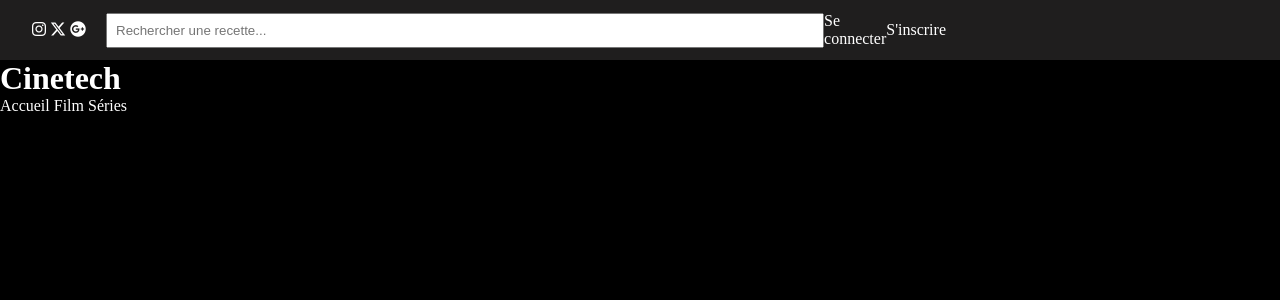
Repository: karim-sebih/cinetech
Page: index.html
These files come from the project's save history. The page is drawn as it stood at one moment and after a run of saves; the edit follows.
The browser window is 1280 px wide. The pictures show the whole page.
Some web libraries are served in a nearby version.

Above is the page before, as saved 2025-04-21 12:58:21.

### index.html
<!DOCTYPE html>
<html lang="fr">
<head>
    <meta charset="UTF-8">
    <meta name="viewport" content="width=device-width, initial-scale=1.0">
    <link rel="stylesheet" href="styles/index.css">
    <script src="https://kit.fontawesome.com/ca3234fc7d.js" crossorigin="anonymous"></script>
</script>
    <title>Cinetech</title>
</head>
<body>
    <header>
        <nav class="navbar">
            <div class="buttons">
                <a href="#"><i class="fa-brands fa-instagram"></i></a>

                <a href="#"><i class="fa-brands fa-x-twitter"></i></a>

                <a href="#"><i class="fa-brands fa-google-plus"></i></a>
            </div>
            <div class="search-container">
                <input type="text" id="search-bar" placeholder="Rechercher une recette..." autocomplete="off">
                <button id="clear-search">x</button>
                <div id="suggestions" class="suggestion-box"></div>

                <div class="sign">
                    <a href="#">Se connecter</a>
                    <a href="#">S'inscrire</a>
                </div>
        </nav>
    </header>
    <div class="secondnav">
        <div class="logo">
            <H1>Cinetech</H1>
        </div>
        <div class="nav">
            <a href="/index.html">Accueil</a>

            <a href="./pages/film.html">Film</a>

            <a href="./pages/séries.html">Séries</a>
        </div>
    </div>

</body>

<script src="./js/index.js"></script>


</html>

### styles/index.css
* {
    margin: 0;
    padding: 0;
    box-sizing: border-box;
  }


  a {
    text-decoration: none;
    color: white;
    font-family: "kodchasan";
  }

  body {
    margin: 0;
    width: 100%;
    min-height: 100vh;
    overflow-x: auto;
    background-color: black;
    color: white;
  }

  /* Nav bar */

  a{
    text-decoration: none;
    color: white;
  }

  a:hover{
  color: red;
  }

  header{
  position: relative;
  padding: 0 2rem;
  background-color: rgb(31, 30, 30);
  }

  .navbar {
  width: 100%;
  max-width: 1200px;
  height: 60px;
  margin: 0;
  display: flex;
  align-items: center;
gap: 20px;

  }



.search-container {
  position: relative;
  width: 70%;
  display: flex;

  align-items: center;
}

#search-bar {
  width: 100%;
  height: 100%;
  padding: 8px;


  padding-right: 30px;
}

#clear-search {
  position: absolute;
  right: 8px;
  background: transparent;
  border: none;
  font-size: 16px;
  cursor: pointer;
  display: none; /* Caché par défaut */
}

.suggestion-box {
  position: absolute;
  width: 100%;
  background: white;

  max-height: 150px;
  overflow-y: auto;
  z-index: 1000;
  top: 35px;
}

.suggestion-item {
  padding: 8px;
  cursor: pointer;
}

.suggestion-item:hover {
  background: #f0f0f0;
}

#clear-search {
  background: none;
  border: none;
  font-size: 20px;
  color: black; /* X en noir */
  cursor: pointer;
  margin-bottom: 12px;
}


.sign{
  display: flex;
  align-items: center;

}

Loaded but not shown: js/index.js (no copy from this time; the picture is the same without it)

After the next 4 saves:
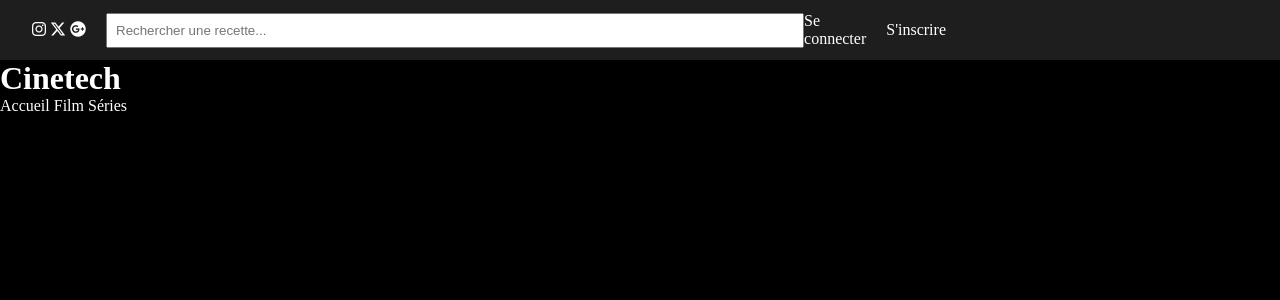
The 4 saves are shown as one change because they came seconds apart.
The last was saved 53 s later.
--- a/styles/index.css
+++ b/styles/index.css
@@ -110,5 +110,5 @@ gap: 20px;
 .sign{
   display: flex;
   align-items: center;
-
+  gap: 20Px;
 }
